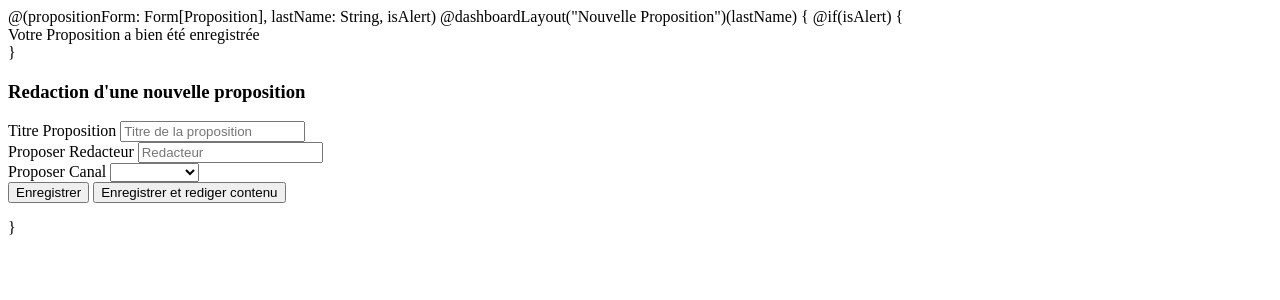
Repository: spirale-software/labo_master
Page: Application/oneDotCom/app/views/proposalForm.scala.html
These files come from the project's save history. The page is drawn as it stood at one moment and after the next save; the edit follows.
The browser window is 1280 px wide. The pictures show the whole page.

Above is the page before, as saved 2017-03-27 15:26:36.

After the next save:
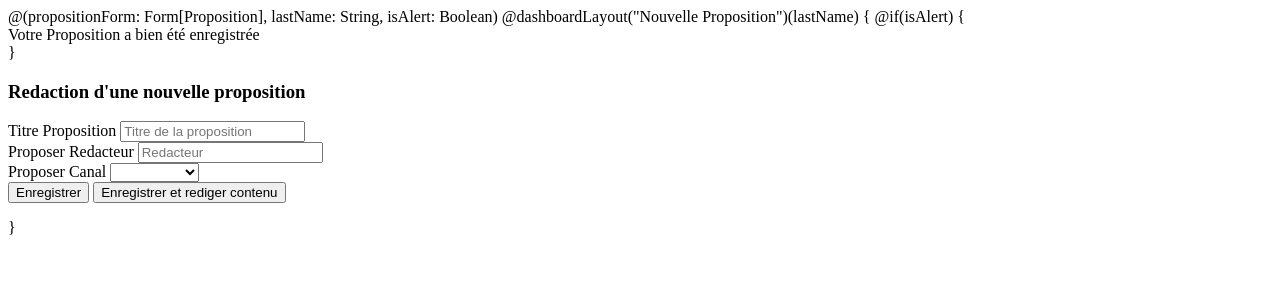
Saved 29 s later.
--- a/Application/oneDotCom/app/views/proposalForm.scala.html
+++ b/Application/oneDotCom/app/views/proposalForm.scala.html
@@ -1,4 +1,4 @@
-@(propositionForm: Form[Proposition], lastName: String, isAlert)
+@(propositionForm: Form[Proposition], lastName: String, isAlert: Boolean)
 
 @dashboardLayout("Nouvelle Proposition")(lastName) {
 	<meta content="text/html; charset=UTF-8" http-equiv="Content-Type">
